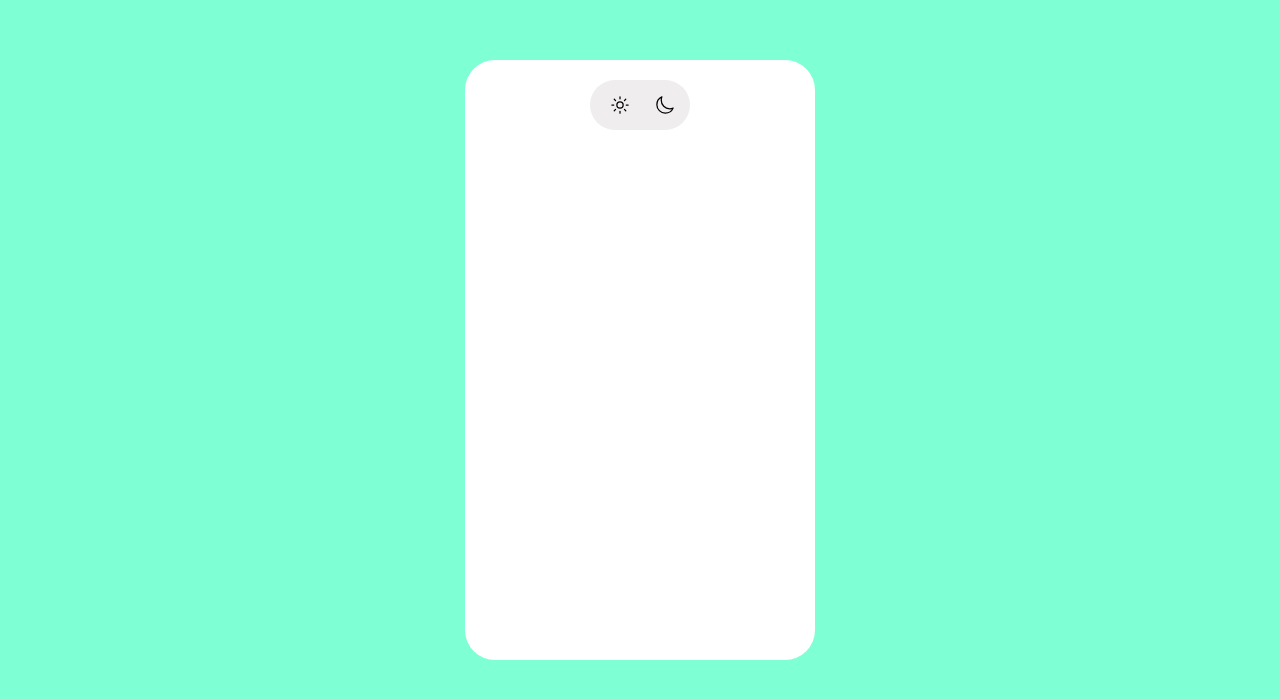
Repository: dinhtri123/caculator-app
Page: index.html
The author's editor kept a copy of each file at every save. The page is drawn from the files as they stood at one save, then again after a run of saves.
The browser window is 1280 px wide. The pictures show the whole page.
After loading, the first visible `div.button-mode` was clicked once.

Above is the page before, as saved 2023-01-03 10:58:01.

After the next 3 saves:
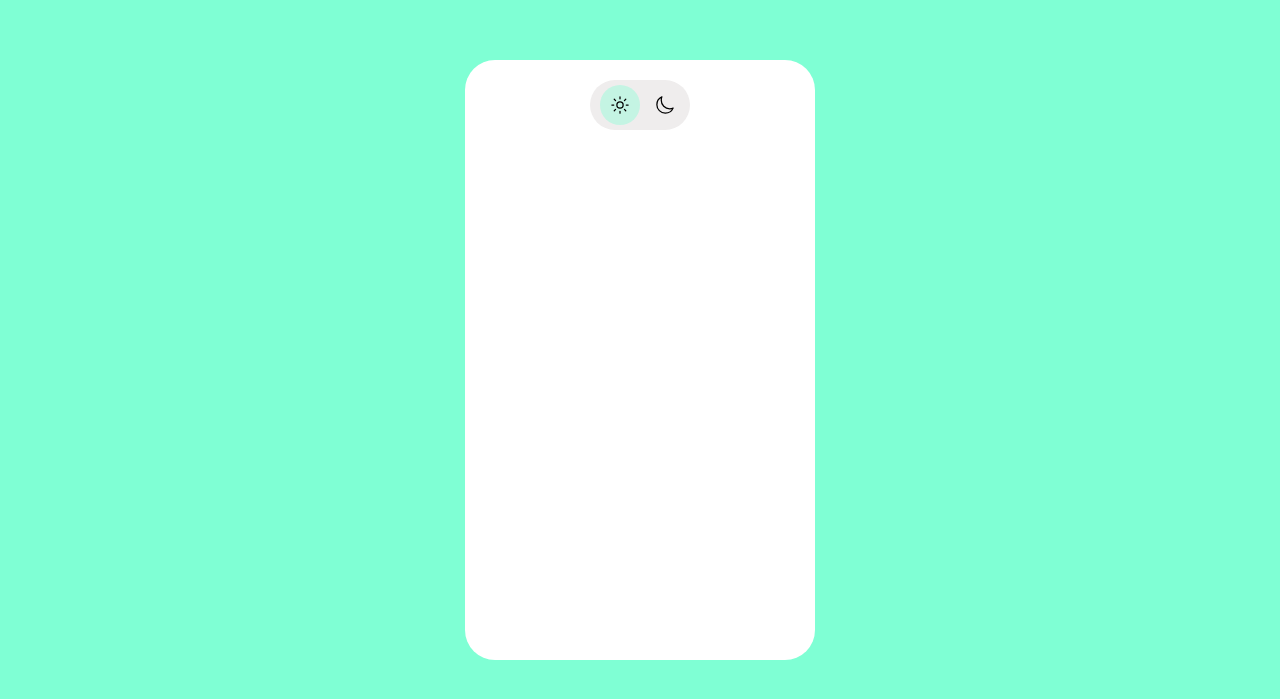
The 3 saves are shown as one change because they came seconds apart.
The last was saved 9 s later.
--- a/index.js
+++ b/index.js
@@ -1,10 +1,10 @@
 // mode
 const btnMode = document.querySelectorAll(".button-mode");
-for (let i = 0; i < btnMode.length; i++) {
-  btnMode[i].addEventListener("click", function () {
-    btnMode[i].className = btnMode[i].className.replace(" active-mode", "");
-});
+
+function handleMode() {
+  for (let i = 0; i < btnMode.length; i++) {
+    btnMode[i].addEventListener("click", function () {
+      btnMode[i].className = btnMode[i].className.replace(" active-mode", "");
+    });
+  }
 }
- function handleMode(){
-
- }

After the 4 saves that followed:
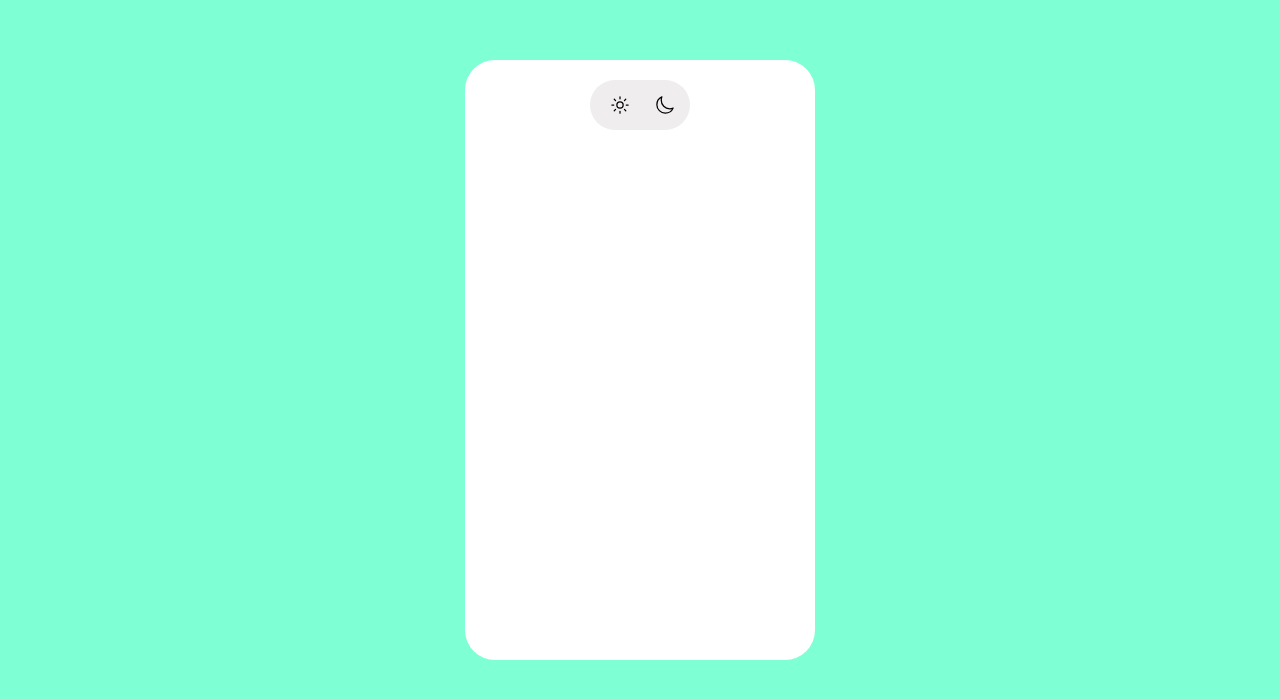
The 4 saves are shown as one change because 1 left the picture as it was and some came seconds apart.
The last was saved 29 s later.
--- a/index.js
+++ b/index.js
@@ -3,8 +3,7 @@
 
 function handleMode() {
   for (let i = 0; i < btnMode.length; i++) {
-    btnMode[i].addEventListener("click", function () {
       btnMode[i].className = btnMode[i].className.replace(" active-mode", "");
-    });
   }
+  this.className += ' active-mode'
 }
